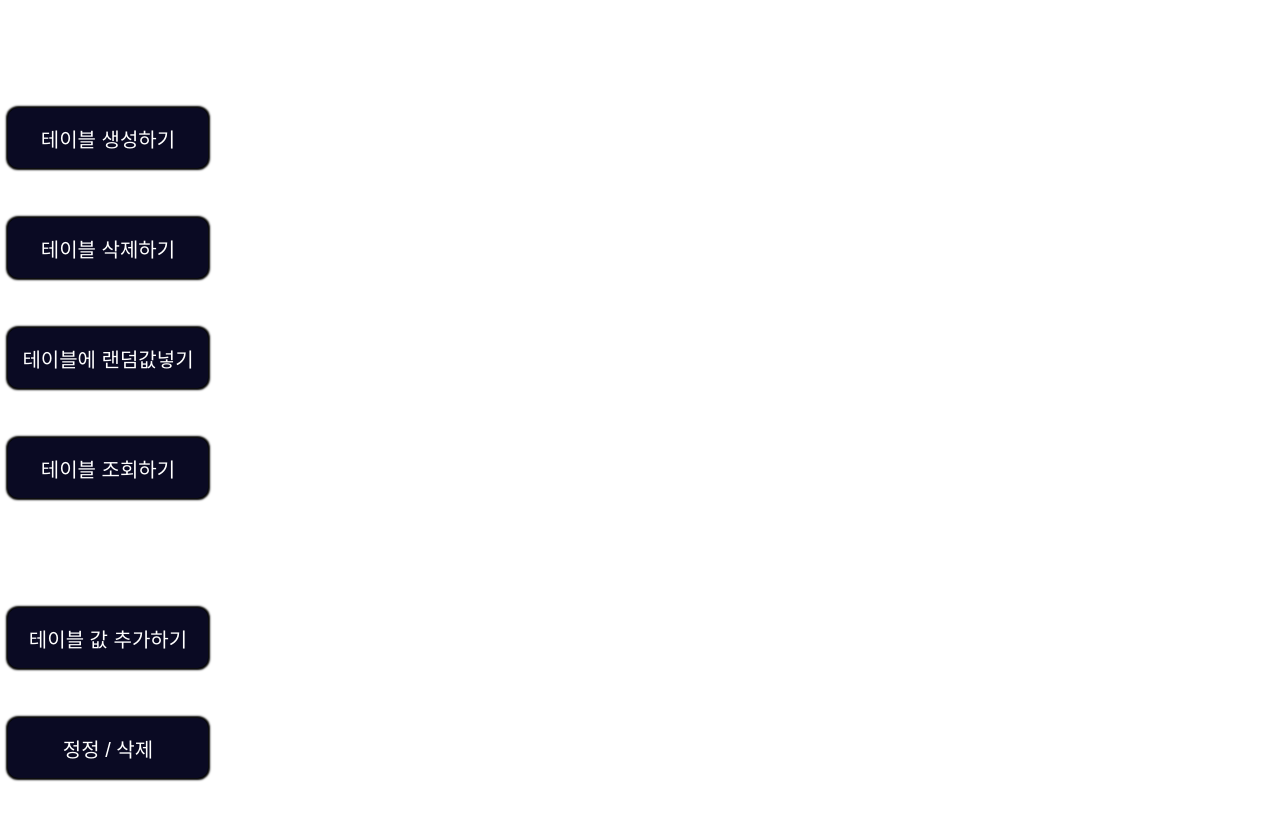
Repository: kimeuiyeob/KOPO_JSP_Study
Page: JSP/src/main/webapp/menu.html
An editor plug-in stored every save of this project. The page is shown before and after a run of saves, followed by the edit.
The browser window is 1280 px wide. The pictures show the whole page.

Above is the page before, as saved 2023-05-26 05:24:04.

After the next 2 saves:
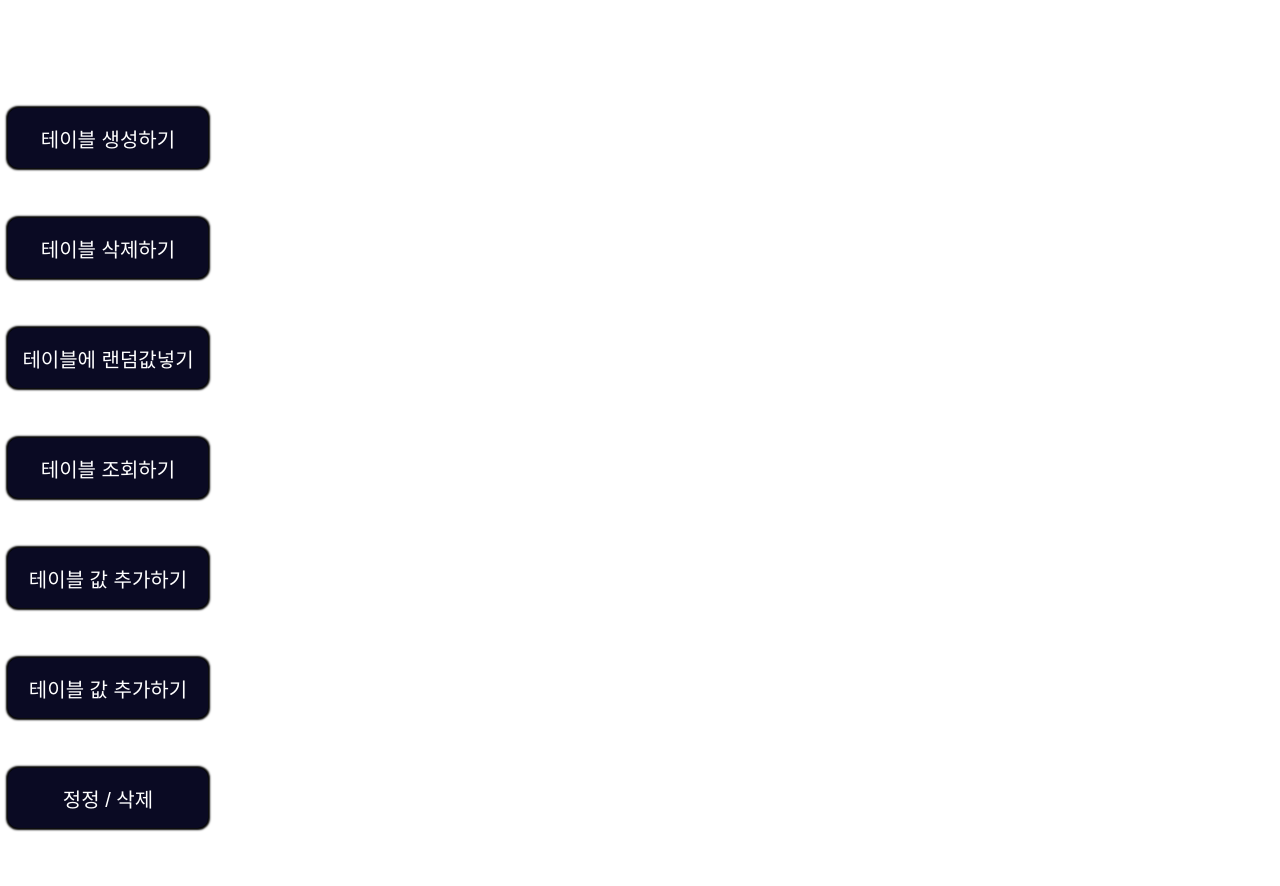
The 2 saves are shown as one change because they came seconds apart.
The last was saved 33 s later.
--- a/JSP/src/main/webapp/menu.html
+++ b/JSP/src/main/webapp/menu.html
@@ -2,36 +2,41 @@
 <html lang="en">
 
 <head>
-    <meta charset="UTF-8">
-    <meta http-equiv="X-UA-Compatible" content="IE=edge">
-    <meta name="viewport" content="width=device-width, initial-scale=1.0">
-    <title>메인 메뉴</title>
+<meta charset="UTF-8">
+<meta http-equiv="X-UA-Compatible" content="IE=edge">
+<meta name="viewport" content="width=device-width, initial-scale=1.0">
+<title>메인 메뉴</title>
 </head>
 
 <link rel="stylesheet" href="css/menu.css">
 
 <body>
 
-    <div style="padding-top : 100px">
-        <a href="./create.jsp" target="main"><button>테이블 생성하기</button></a>
-    </div>
-    <div>
-        <a href="./drop.jsp" target="main"><button>테이블 삭제하기</button></a>
-    </div>
-    <div>
-        <a href="./insertRandom.jsp" target="main"><button>테이블에 랜덤값넣기</button></a>
-    </div>
-    <div>
-        <a href="./selectAll.jsp" target="main"><button>테이블 조회하기</button></a>
-    </div>
+	<div style="padding-top: 100px">
+		<a href="./create.jsp" target="main"><button>테이블 생성하기</button></a>
+	</div>
+	<div>
+		<a href="./drop.jsp" target="main"><button>테이블 삭제하기</button></a>
+	</div>
+	<div>
+		<a href="./insertRandom.jsp" target="main"><button>테이블에
+				랜덤값넣기</button></a>
+	</div>
+	<div>
+		<a href="./selectAll.jsp" target="main"><button>테이블 조회하기</button></a>
+	</div>
 
-    <div style="padding-top : 60px">
-        <a href="./insert.jsp" target="main"><button>테이블 값 추가하기</button></a>
-    </div>
+	<div>
+		<a href="./insert.jsp" target="main"><button>테이블 값 추가하기</button></a>
+	</div>
 
-    <div>
-        <a href="./selectById.jsp" target="main"><button>정정 / 삭제</button></a>
-    </div>
+	<div>
+		<a href="./insert.jsp" target="main"><button>테이블 값 추가하기</button></a>
+	</div>
+
+	<div>
+		<a href="./selectById.jsp" target="main"><button>정정 / 삭제</button></a>
+	</div>
 
 
 </body>
